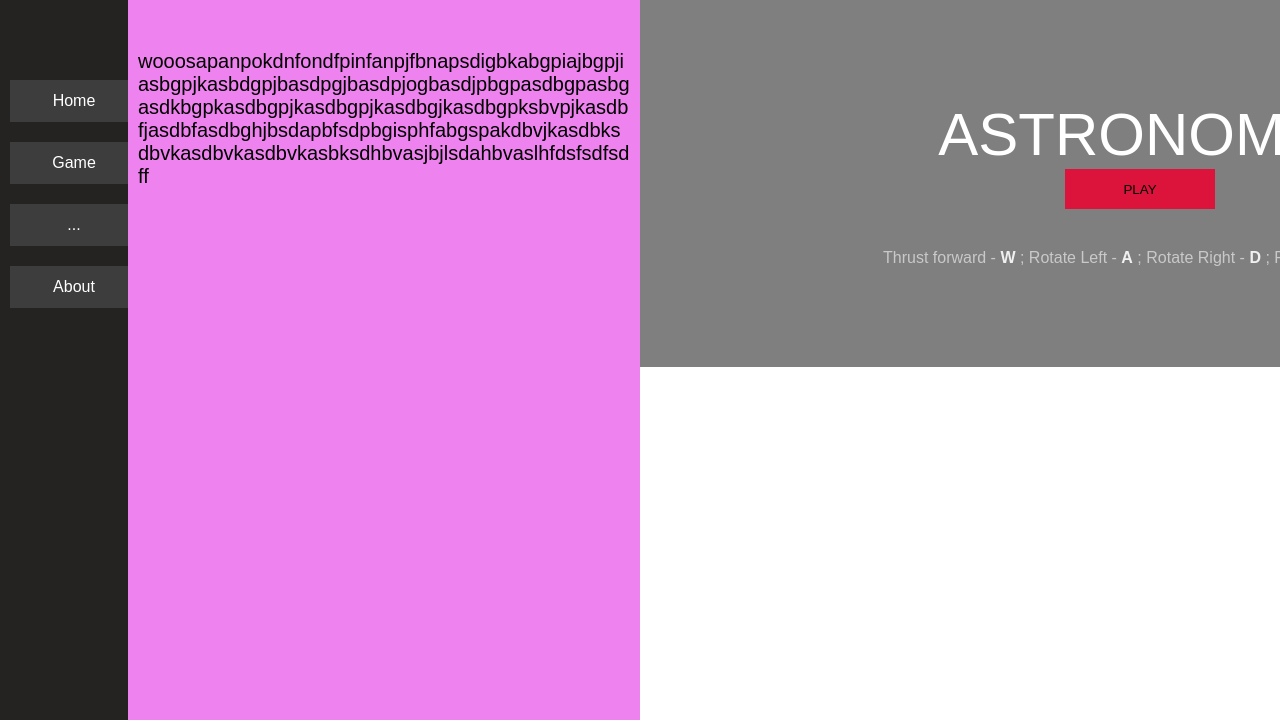
Repository: LaukiniXs/astronomia
Page: index.html
An editor plug-in stored every save of this project. The page is shown before and after the next save, followed by the edit.
The browser window is 1280 px wide. The pictures show the whole page.

Above is the page before, as saved 2020-05-18 13:21:02.
Not found: index.ts

After the next save:
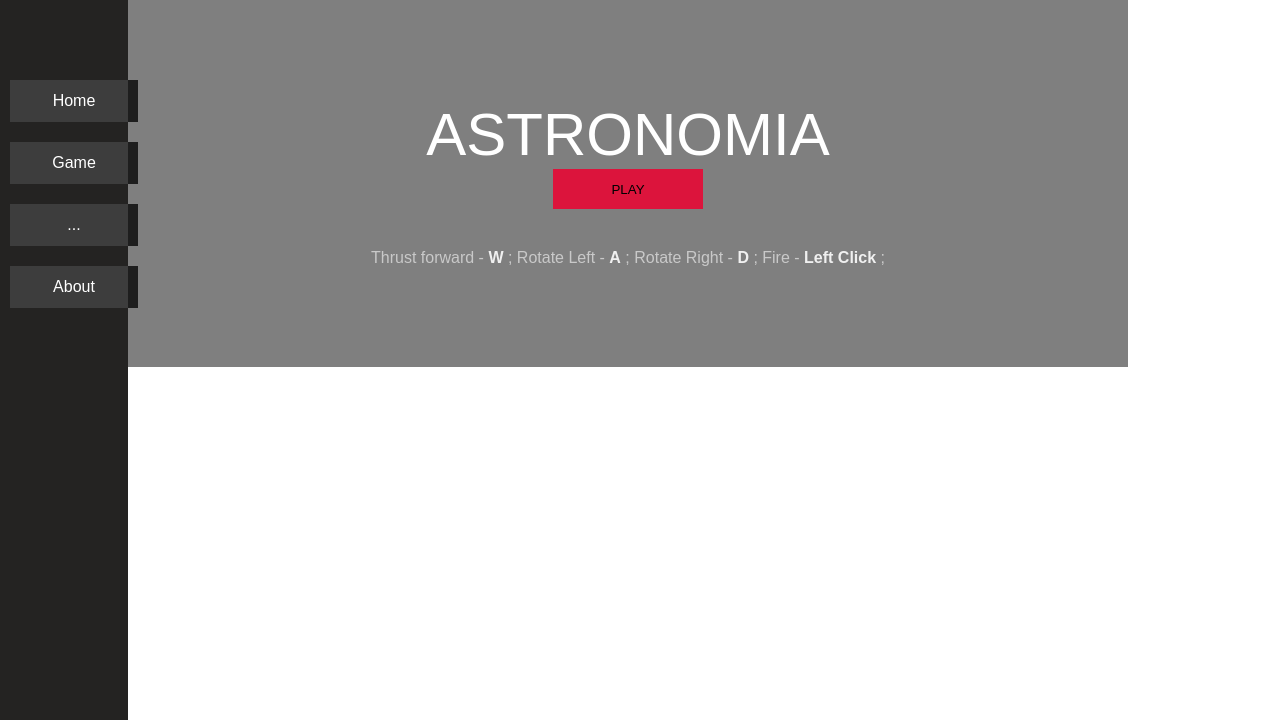
Saved 24 s later.
--- a/index.html
+++ b/index.html
@@ -13,10 +13,6 @@
 		<button class="button" style="height:42px;"><a href="">About</a></button>
 		</div>
 		<div id="clearFloat"></div>
-		<div id="contents">
-			<p class="contentText">wooosapanpokdnfondfpinfanpjfbnapsdigbkabgpiajbgpjiasbgpjkasbdgpjbasdpgjbasdpjogbasdjpbgpasdbgpasbgasdkbgpkasdbgpjkasdbgpjkasdbgjkasdbgpksbvpjkasdbfjasdbfasdbghjbsdapbfsdpbgisphfabgspakdbvjkasdbksdbvkasdbvkasdbvkasbksdhbvasjbjlsdahbvaslhfdsfsdfsdff
-			</p>
-		</div>
 		<div id="game">
 			<div id="splash">
 				<p id="title">ASTRONOMIA</p>
